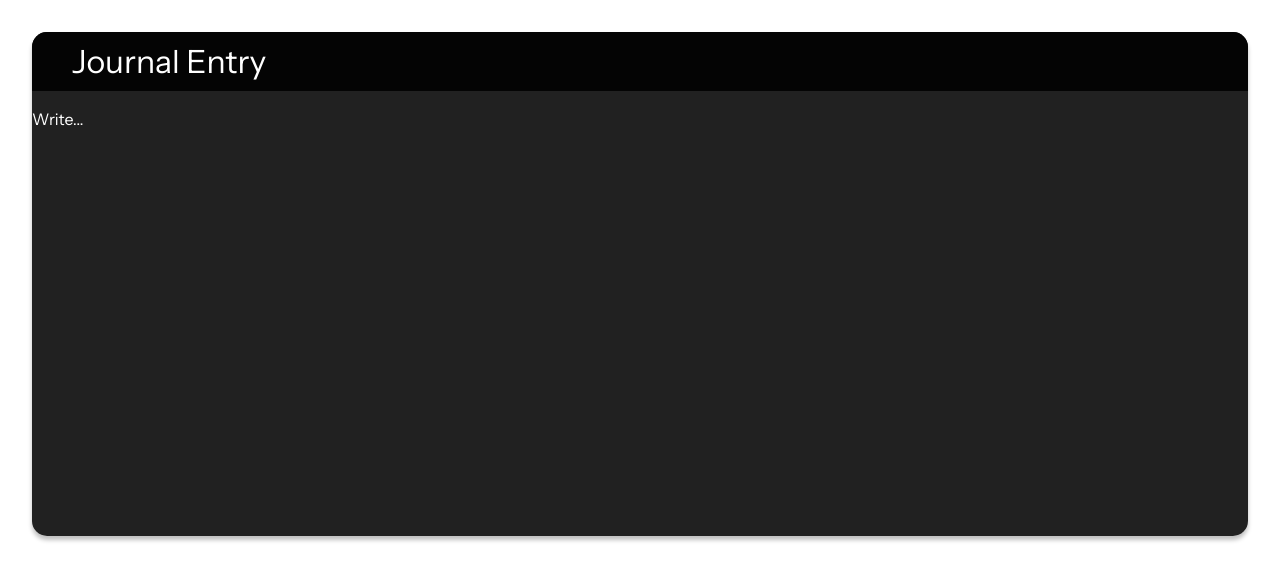
Repository: kestermbah/ai-journal
Page: /
The author's editor kept a copy of each file at every save. The page is drawn from the files as they stood at one save, then again after the next save.
The browser window is 1280 px wide. The pictures show the whole page.
The project was rebuilt for these pictures with package versions that can differ from the ones it lists, and the page was loaded fresh each time. Also part of the build but not shown: vite.config.ts, src/index.css.

Above is the page before, as saved 2024-12-24 21:03:47.

### src/App.tsx
import "./App.css";
import "bootstrap/dist/css/bootstrap.min.css";
import Journal from "./components/Journal";

function App() {
  return (
    <div>
      <Journal />
    </div>
  );
}

export default App;

### src/App.css
#root {
  max-width: 1280px;
  margin: 0 auto;
  padding: 2rem;
  text-align: center;
}

body {
  font-family: 'Instrument Sans', sans-serif;
  background: #040404;
  color: white;
}

### src/components/Journal.tsx
import "./Journal.css";

const Journal = () => {
  return (
    <div className="Journal">
      <h1 className="Title">Journal Entry</h1>
      <div className="Entry">
        <p className="Content">Write...</p>
      </div>
    </div>
  );
};
export default Journal;

### src/components/Journal.css
@import url('https://fonts.googleapis.com/css2?family=Instrument+Sans:ital,wght@0,400..700;1,400..700&family=Outfit:wght@100..900&display=swap');
body {
    font-family: 'Instrument Sans', sans-serif;
}
.Title{
    text-align: left;
    color : white;
    font-size: 2rem;
    font-weight: bold;
    margin-bottom: 1rem;
    padding: 10px;
    border-top-left-radius: 15px;
    border-top-right-radius: 15px;
    margin-bottom: 1rem;
    background: #040404;
    font-family: 'Instrument Sans',;
    font-style: normal;
    font-weight: 400;
    line-height: normal;
    padding-left: 40px;
}

.Journal {
    min-height: 70vh;
    border-radius: 15px;
    background: rgba(0, 0, 0, 0.87);
    box-shadow: 0px 4px 4px 0px rgba(0, 0, 0, 0.25);
    overflow: visible;
    font-family: 'Instrument Sans';
}

.Content{
    font-family: 'Instrument Sans';
    color: white;
    text-align: left;
    padding: auto;
}

Loaded but not shown: index.html (common file); src/main.tsx (common file)

After the next save:
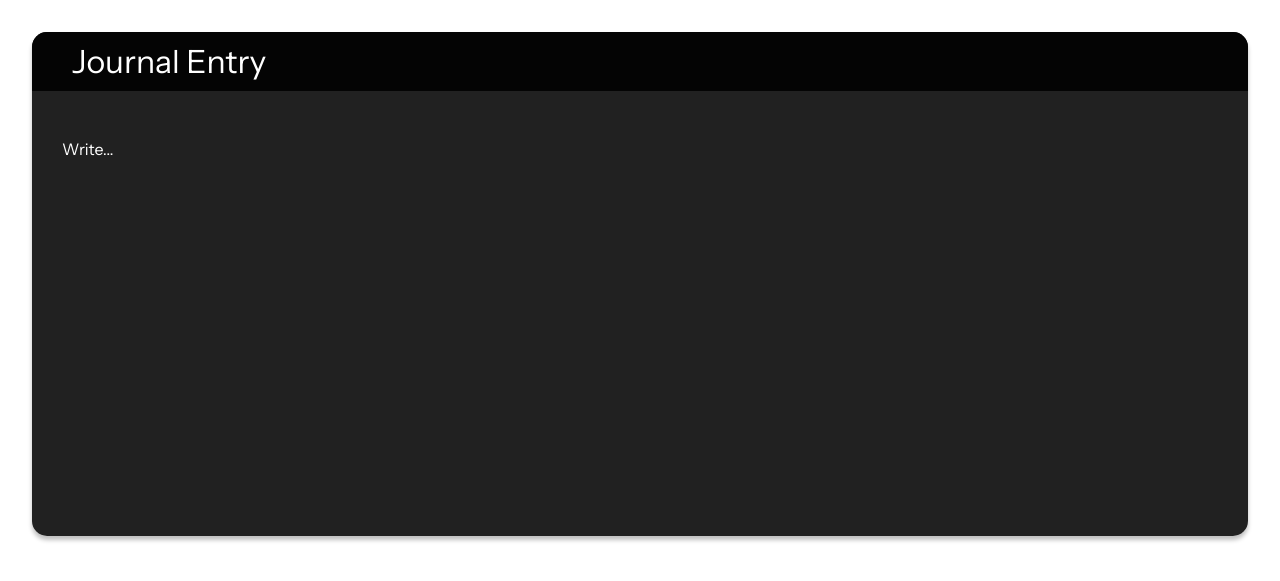
Saved 7 s later.
--- a/src/components/Journal.css
+++ b/src/components/Journal.css
@@ -33,5 +33,5 @@ body {
     font-family: 'Instrument Sans';
     color: white;
     text-align: left;
-    padding: auto;
+    padding: 30px;
 }
